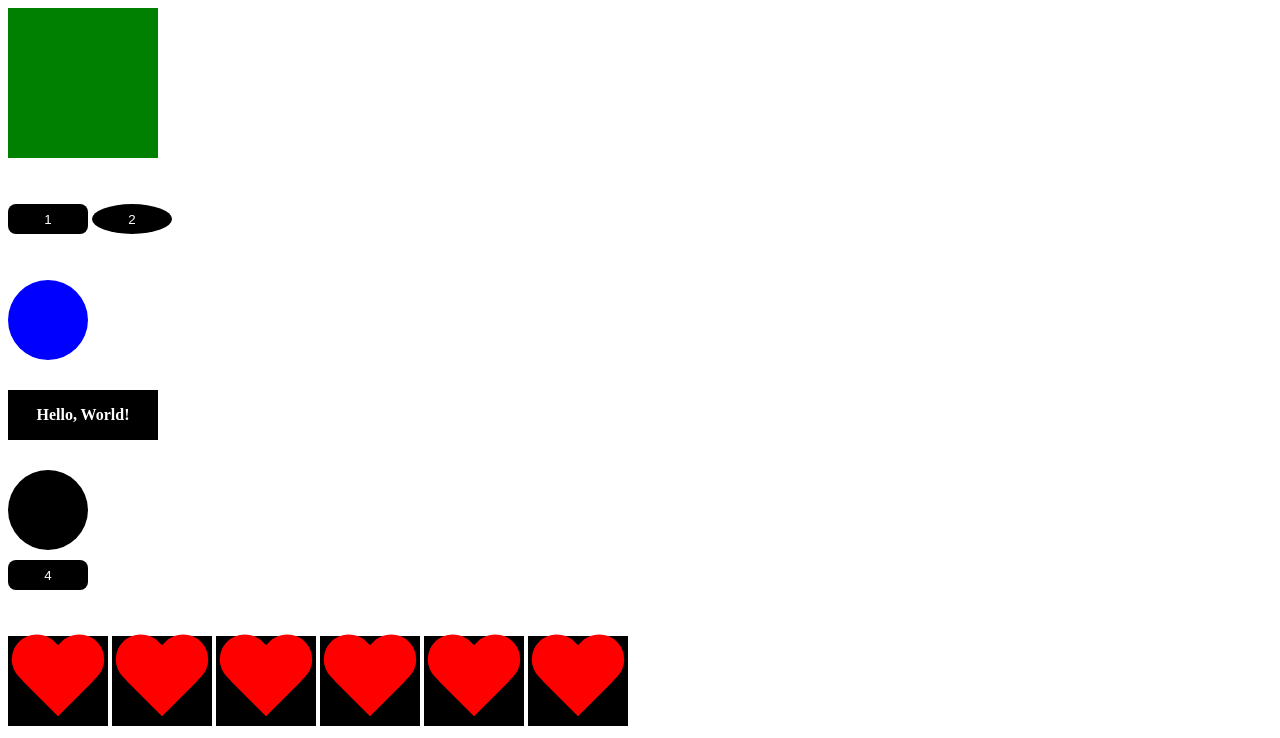
Repository: ivan151/jsudemy
Page: index.html
An editor plug-in stored every save of this project. The page is shown before and after the next save, followed by the edit.
The browser window is 1280 px wide. The pictures show the whole page.

Above is the page before, as saved 2020-05-02 10:26:29.

### index.html
<!DOCTYPE html>
<html lang="en">
<head>
    <meta charset="UTF-8">
    <meta name="viewport" content="width=device-width, initial-scale=1.0">
    <title>Document</title>
    <link rel="stylesheet" href="original.css">
</head>
<body>
    <div class = 'box' id = 'box'></div>
    <br><br>
    <button>1</button>
    <button>2</button>
    <button>3</button>
    <button>4</button>
    <br>
    <br>
    <br>
    <div class="circle"></div>
    <div class="circle"></div>
    <div class="circle"></div>
    <br>
    <br>
    <br>
    <div class="wrapper">
        <div class="heart"></div>
        <div class="heart"></div>
        <div class="heart"></div>
        <div class="heart"></div>
        <div class="heart"></div>
        <div class="heart"></div>
    </div>

    <div class="div" class = 'box'></div>
    <script src="script.js"></script>
</body>
</html>

### original.css
.box {
  width: 150px;
  height: 150px;
  /* background-color: red; */
}
button {
	width: 80px;
	height: 30px;
	margin-top: 10px;
	border: none;
	border-radius: 8px;
	background-color: #000;
	color: #fff;
	cursor: pointer;
	outline: none;
}

.circle {
	width: 80px;
	height: 80px;
	background-color: blue;
	display: block;
	margin-top: 10px;
	border-radius: 100%;
}

.heart {
	display: inline-block;
    position: relative;
    width: 100px;
    height: 90px;
    margin-top: 10px;
}
.heart:before,
.heart:after {
    position: absolute;
    content: "";
    left: 50px;
    top: 0;
    width: 50px;
    height: 80px;
    background: red;
    -moz-border-radius: 50px 50px 0 0;
    border-radius: 50px 50px 0 0;
    -webkit-transform: rotate(-45deg);
       -moz-transform: rotate(-45deg);
        -ms-transform: rotate(-45deg);
         -o-transform: rotate(-45deg);
            transform: rotate(-45deg);
    -webkit-transform-origin: 0 100%;
       -moz-transform-origin: 0 100%;
        -ms-transform-origin: 0 100%;
         -o-transform-origin: 0 100%;
            transform-origin: 0 100%;
}
.heart:after {
    left: 0;
    -webkit-transform: rotate(45deg);
       -moz-transform: rotate(45deg);
        -ms-transform: rotate(45deg);
         -o-transform: rotate(45deg);
            transform: rotate(45deg);
    -webkit-transform-origin: 100% 100%;
       -moz-transform-origin: 100% 100%;
        -ms-transform-origin: 100% 100%;
         -o-transform-origin: 100% 100%;
            transform-origin :100% 100%;
}
.black{
	width: 150px;
	height: 50px;
	line-height: 50px;
	text-align: center;
	background-color: black;
	margin-bottom: 30px;
	margin-top: 30px;
	color: #fff;
}

### script.js
let box = document.getElementById('box'), // by id
    btn = document.getElementsByTagName('button'), // by tag
    circle = document.getElementsByClassName('circle'), //by class
    heart = document.querySelectorAll('.heart'), //all elements
    oneHeart = document.querySelector('.heart'), //first element
    wrapper = document.querySelector('.wrapper');

box.style.backgroundColor = 'green';
btn[1].style.borderRadius = '100%';

circle[1].style.backgroundColor = 'black';

for (let i = 0; i < heart.length; i++) {
    heart[i].style.backgroundColor = 'blue';
}

heart.forEach(function (item, i, hearts) {
    item.style.backgroundColor = 'black';

});

let div = document.createElement('div'),
    text = document.createTextNode('Here was me');



div.classList.add('black');
//wrapper.appendChild(div);

document.body.insertBefore(div, circle[1]); // insert before element
document.body.removeChild(btn[2]); //remove second button

document.body.replaceChild(btn[2], circle[2]);


div.innerHTML = '<h4> Hello, World!</h4>';

After the next save:
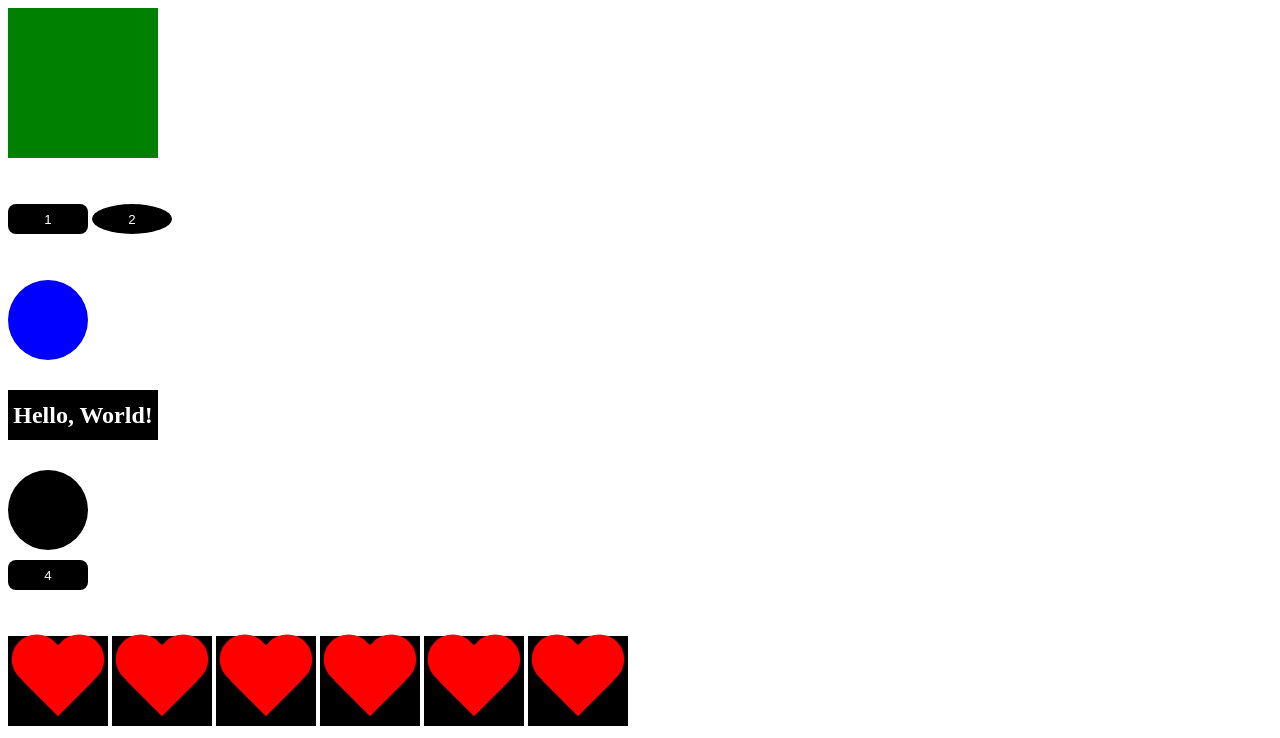
Saved 12 s later.
--- a/script.js
+++ b/script.js
@@ -33,4 +33,4 @@ document.body.removeChild(btn[2]); //remove second button
 document.body.replaceChild(btn[2], circle[2]);
 
 
-div.innerHTML = '<h4> Hello, World!</h4>';
+div.innerHTML = '<h2> Hello, World!</h2>';
